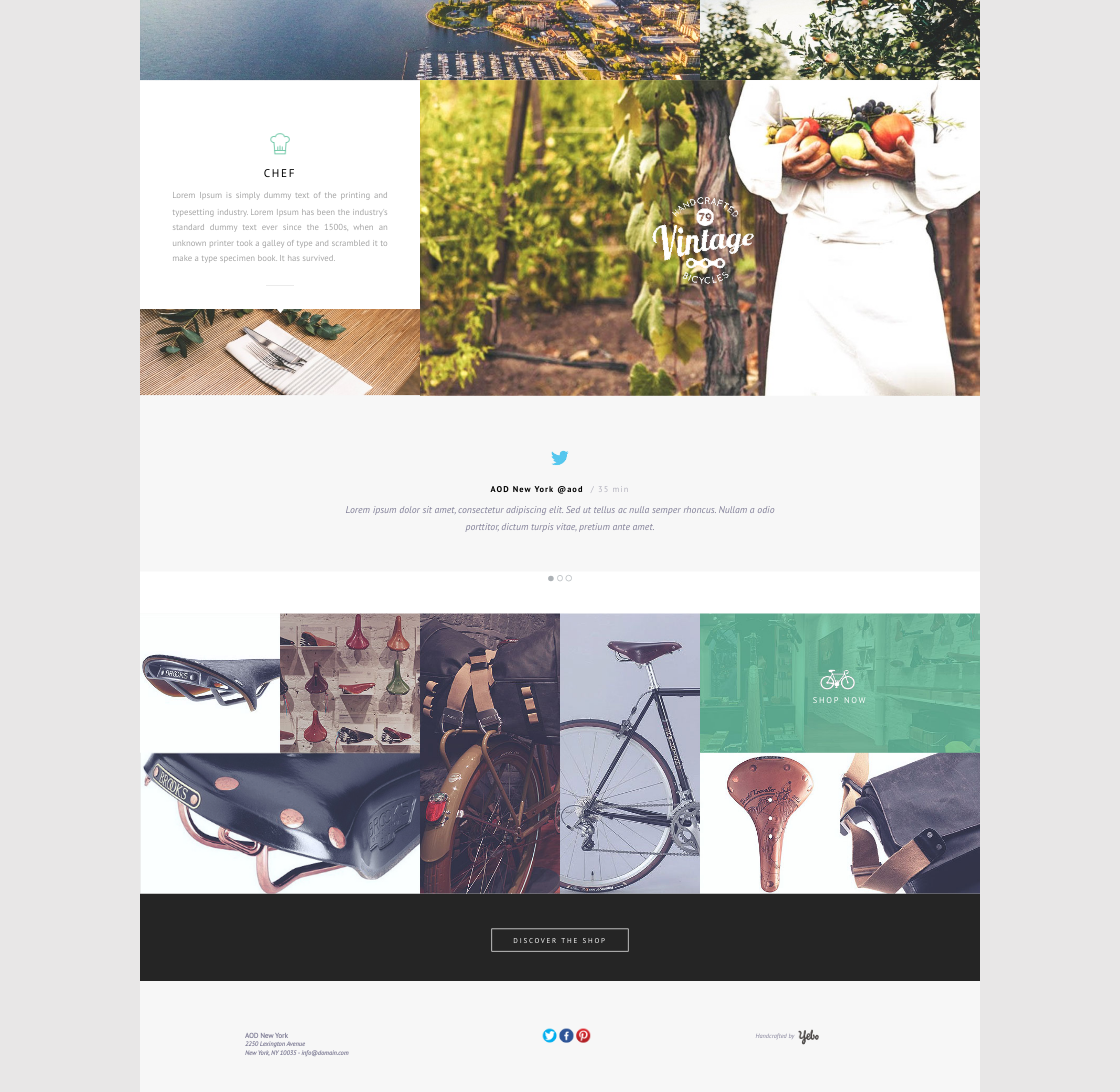
Repository: vancodes/longtable
Page: index.html
The author's editor kept a copy of each file at every save. The page is drawn from the files as they stood at one save, then again after the next save.
The browser window is 1280 px wide. The page is 1600 px wide, so the pictures cover 1600 px, including what lies to the right of the window. The pictures show the part of the page from y = 1509 to 3069 px (the page is 3069 px tall before and 2816 px after), at 70% of full size.

Above is the page before, as saved 2019-04-08 15:27:12.

After the next save:
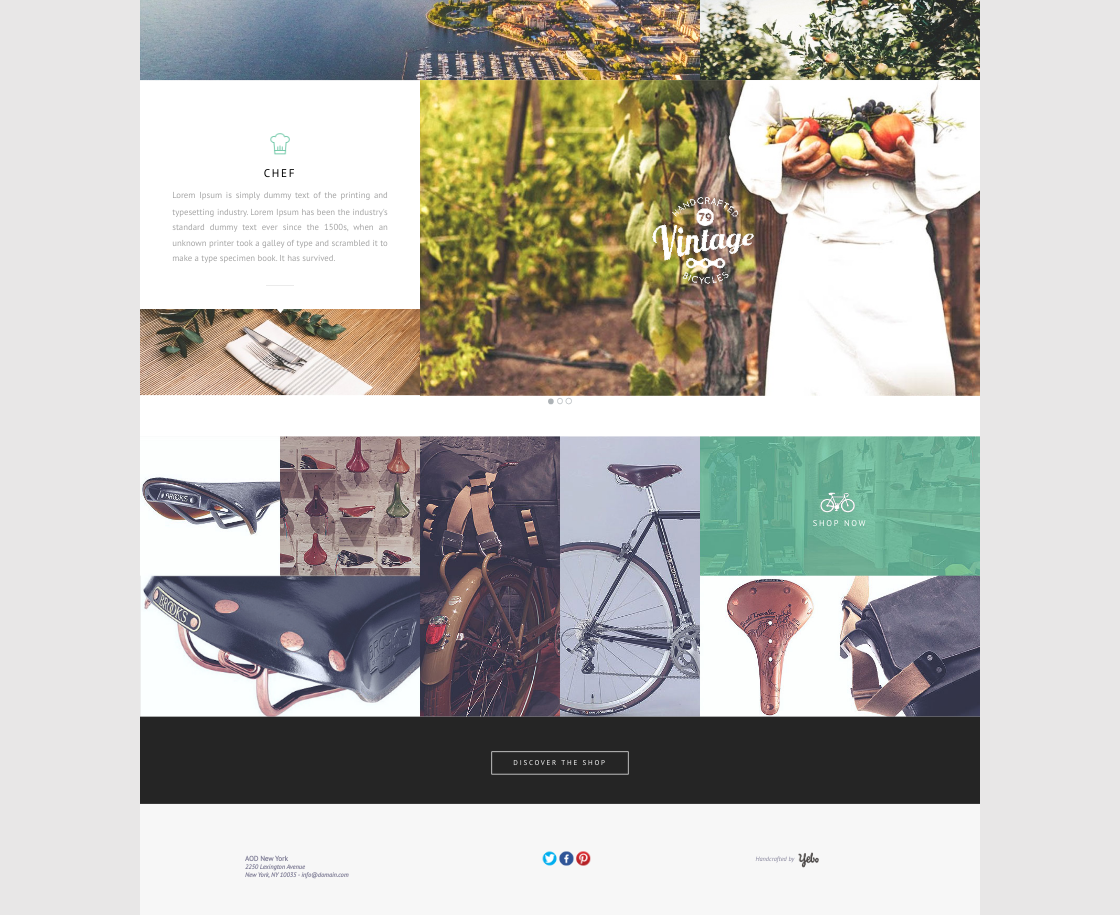
Saved 46 s later.
--- a/index.html
+++ b/index.html
@@ -125,14 +125,14 @@
         </div>
       </div>-->
       <!--Social Section-->
-      <div class="main" align="center">
+      <!--<div class="main" align="center">
         <div class="last">
           <img src="assets\twitter-icon.png" alt="Twitter icon"><br>
           <span>AOD New York @aod</span>
           <span class="twitter-time"> / 35 min</span >
             <p>Lorem ipsum dolor sit amet, consectetur adipiscing elit. Sed ut tellus ac nulla semper rhoncus. Nullam a odio porttitor, dictum turpis vitae, pretium ante amet.</p>
           </div>
-      </div>
+      </div>-->
 <!--slider-->
     <div class="slider">
       <span class="dotfirst"></span>
